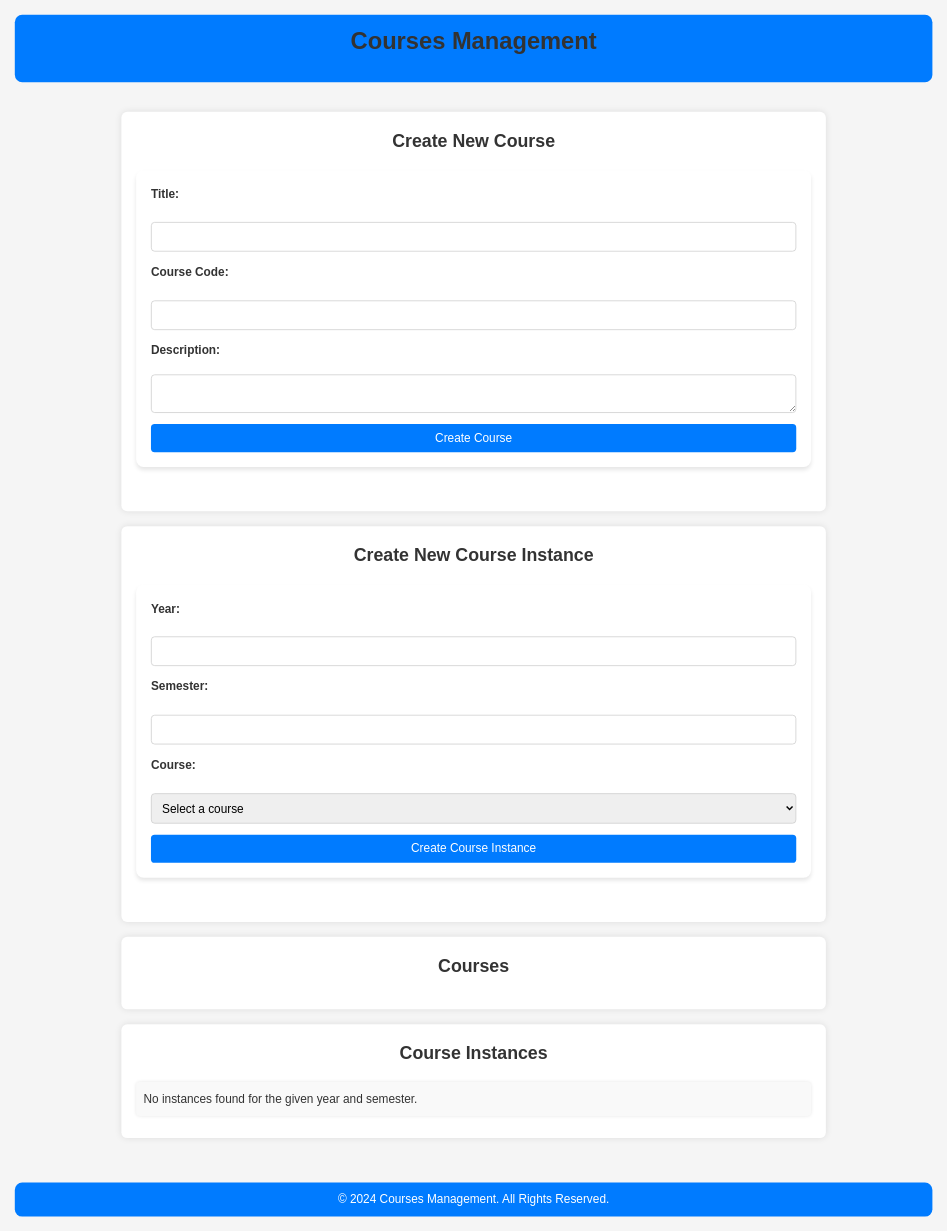
Repository: Rajdeep00-bit/Course_frontend
Page: /
These files come from the project's save history. The page is drawn as it stood at one moment and after the next save; the edit follows.
The browser window is 1280 px wide. The pictures show the whole page, at 74% of full size.
The page's requests for data from a server got no answer. The project was rebuilt for these pictures with package versions that can differ from the ones it lists, and the page was loaded fresh each time. No one was signed in, and anything a server would have sent is missing. Also part of the build but not shown: src/components/CourseInstanceDetails.js.

Above is the page before, as saved 2024-09-11 00:32:28.

### src/index.css
/* Reset some default styles */
* {
  margin: 0;
  padding: 0;
  box-sizing: border-box;
}

body {
  font-family: 'Arial', sans-serif;
  background-color: #f4f4f9;
  color: #333;
  line-height: 1.6;
  padding: 20px;
}

h1, h2, h3, h4, h5, h6 {
  margin-bottom: 20px;
  color: #333;
}

.container {
  max-width: 1200px;
  margin: 0 auto;
  padding: 20px;
}

/* General button styles */
button {
  background-color: #007bff;
  color: white;
  padding: 10px 15px;
  border: none;
  border-radius: 5px;
  cursor: pointer;
  font-size: 16px;
  transition: background-color 0.3s ease;
}

button:hover {
  background-color: #0056b3;
}

/* Form styles */
form {
  background-color: white;
  padding: 20px;
  margin-bottom: 40px;
  border-radius: 10px;
  box-shadow: 0 4px 6px rgba(0, 0, 0, 0.1);
}

form div {
  margin-bottom: 15px;
}

form label {
  display: block;
  margin-bottom: 5px;
  font-weight: bold;
}

form input[type="text"],
form input[type="number"],
form select {
  width: 100%;
  padding: 10px;
  margin-top: 5px;
  border: 1px solid #ccc;
  border-radius: 5px;
  font-size: 16px;
}

/* List styles */
ul {
  list-style: none;
  padding: 0;
}

li {
  background-color: white;
  padding: 15px;
  margin-bottom: 10px;
  border-radius: 10px;
  display: flex;
  justify-content: space-between;
  align-items: center;
  box-shadow: 0 4px 6px rgba(0, 0, 0, 0.1);
}

li button {
  background-color: #dc3545;
}

li button:hover {
  background-color: #c82333;
}

/* Header styles */
header {
  background-color: #007bff;
  color: white;
  padding: 20px;
  text-align: center;
  border-radius: 10px;
  margin-bottom: 40px;
}

/* Course and Course Instance Styles */
.course, .course-instance {
  display: flex;
  justify-content: space-between;
  align-items: center;
  padding: 15px;
  margin-bottom: 10px;
  background-color: white;
  border-radius: 10px;
  box-shadow: 0 4px 6px rgba(0, 0, 0, 0.1);
}

.course-info, .instance-info {
  display: flex;
  flex-direction: column;
}

.course-info h3, .instance-info h3 {
  margin-bottom: 5px;
}

/* Footer */
footer {
  text-align: center;
  padding: 20px;
  margin-top: 40px;
  background-color: #007bff;
  color: white;
  border-radius: 10px;
}

### src/App.js
import React, { useEffect, useState } from 'react';
import './App.css';
import CourseForm from './components/CourseForm';
import CourseInstanceForm from './components/CourseInstanceForm';
import CourseInstanceList from './components/CourseInstanceList';
import CourseList from './components/CourseList';
import CourseInstanceDetails from './components/CourseInstanceDetails';

function App() {
  const [courses, setCourses] = useState([]);
  const [instances, setInstances] = useState([]);
  const [year, setYear] = useState('');
  const [semester, setSemester] = useState('');
  const [selectedInstance, setSelectedInstance] = useState(null);
  const [fetchNewCourse, setFetchNewCourse] = useState(true);

  // Fetch all courses
  const fetchCourses = () => {
    fetch('http://127.0.0.1:8000/api/courses')
      .then(response => response.json())
      .then(data => setCourses(data))
      .catch((error) => {
        console.error('Error fetching courses:', error);
      });
  };

  // Fetch all course instances based on year and semester
  const fetchInstances = () => {
    if (!year || !semester) return;  // Prevent fetching if year or semester is not set
    fetch(`http://127.0.0.1:8000/api/instances/${year}/${semester}`)
      .then(response => response.json())
      .then(data => setInstances(data))  // Immediately update state with fetched instances
      .catch((error) => {
        console.error('Error fetching instances:', error);
      });
  };

  // Fetch course instance details for a specific instance
  const viewInstanceDetails = (id) => {
    fetch(`http://127.0.0.1:8000/api/instances/${year}/${semester}/${id}`)
      .then(response => response.json())
      .then(data => setSelectedInstance(data))  // Set selected instance to display its details
      .catch((error) => {
        console.error('Error fetching instance details:', error);
      });
  };

  // Delete a course instance and update the state in real-time
  const deleteInstance = (id) => {
    if (!window.confirm("Are you sure you want to delete this course instance?")) {
      return;
    }

    fetch(`http://127.0.0.1:8000/api/instances/${id}`, {
      method: 'DELETE'
    })
    .then(response => {
      if (response.ok) {
        // Update the instances state immediately after deletion
        const updatedInstances = instances.filter(instance => instance.id !== id);
        setInstances(updatedInstances);
        setSelectedInstance(null); // Clear selected instance after deletion
        alert("Instance deleted successfully.");
      } else {
        return response.json().then(err => Promise.reject(err));
      }
    })
    .catch((error) => {
      console.error('Error deleting instance:', error);
      alert("Failed to delete the instance. Please try again.");
    });
  };

  // Delete a course and update the state in real-time
  const deleteCourse = (id) => {
    if (!window.confirm("Are you sure you want to delete this course?")) {
      return;
    }

    fetch(`http://127.0.0.1:8000/api/courses/${id}`, {
      method: 'DELETE'
    })
    .then(response => {
      if (response.ok) {
        // Update the courses state immediately after deletion
        const updatedCourses = courses.filter(course => course.id !== id);
        setCourses(updatedCourses);
        alert("Course deleted successfully.");
      } else {
        return response.json().then(err => Promise.reject(err));
      }
    })
    .catch((error) => {
      console.error('Error deleting course:', error);
      alert("Failed to delete the course. Please try again.");
    });
  };

  // Fetch courses on component mount
  useEffect(() => {
    fetchCourses();
  }, []);

  // Re-fetch instances whenever year/semester changes
  useEffect(() => {
    fetchInstances();
  }, [year, semester]);

  return (
    <div className="App">
      <header className="header">
        <h1>Courses Management</h1>
      </header>

      <div className="container">
        {/* Section for Creating a New Course */}
        <section className="section">
          <h2>Create New Course</h2>
          <CourseForm onCourseCreated={fetchCourses} setFetchNewCourse={setFetchNewCourse} />
        </section>

        {/* Section for Creating a New Course Instance */}
        <section className="section">
          <h2>Create New Course Instance</h2>
          <CourseInstanceForm
            onInstanceCreated={fetchInstances}
            year={year}
            semester={semester}
            setYear={setYear}
            setSemester={setSemester}
            fetchNewCourse={fetchNewCourse}
            setFetchNewCourse={setFetchNewCourse}
          />
        </section>

        {/* Section for Displaying the List of Courses */}
        <section className="section">
          <h2>Courses</h2>
          <CourseList
            courses={courses}
            fetchCourses={fetchCourses}
            deleteCourse={deleteCourse}  // Pass delete function to CourseList
          />
        </section>

        {/* Section for Displaying the List of Course Instances */}
        <section className="section">
          <h2>Course Instances</h2>
          <CourseInstanceList
            instances={instances}
            fetchInstances={fetchInstances}
            year={year}
            semester={semester}
            viewInstanceDetails={viewInstanceDetails}  // Pass function to view instance details
            deleteInstance={deleteInstance}  // Pass delete function to CourseInstanceList
          />
        </section>

        {/* Section for Displaying Selected Course Instance Details */}
        {selectedInstance && (
          <section className="section">
            <h2>Course Instance Details</h2>
            <CourseInstanceDetails
              instance={selectedInstance}
              fetchInstances={fetchInstances}  // Pass fetchInstances to refresh list after deletion
            />
            <button onClick={() => deleteInstance(selectedInstance.id)}>Delete Instance</button> {/* Delete Button */}
          </section>
        )}
      </div>

      <footer className="footer">
        <p>&copy; 2024 Courses Management. All Rights Reserved.</p>
      </footer>
    </div>
  );
}

export default App;

### src/App.css
body {
  margin: 0;
  font-family: Arial, sans-serif;
  background-color: #f5f5f5;
}

.App {
  text-align: center;
}

.header {
  background-color: #007bff;
  color: white;
  padding: 10px 0;
  margin-bottom: 20px;
}

.container {
  width: 80%;
  margin: 0 auto;
}

.section {
  background-color: white;
  padding: 20px;
  margin-bottom: 20px;
  box-shadow: 0px 0px 10px rgba(0, 0, 0, 0.1);
  border-radius: 8px;
}

.form {
  display: flex;
  flex-direction: column;
  gap: 15px;
}

.form label {
  font-weight: bold;
  text-align: left;
}

.form input, .form textarea, .form select {
  padding: 10px;
  border-radius: 5px;
  border: 1px solid #ccc;
}

.form button {
  padding: 10px;
  background-color: #007bff;
  color: white;
  border: none;
  border-radius: 5px;
  cursor: pointer;
}

.form button:hover {
  background-color: #0056b3;
}

ul {
  list-style-type: none;
  padding: 0;
}

ul li {
  background-color: #f9f9f9;
  margin: 10px 0;
  padding: 10px;
  border-radius: 5px;
  box-shadow: 0px 0px 5px rgba(0, 0, 0, 0.1);
}

ul li button {
  margin-left: 10px;
}

.course-details, .instance-details {
  margin-top: 20px;
  text-align: left;
}

.footer {
  background-color: #007bff;
  color: white;
  padding: 10px 0;
  margin-top: 20px;
}

### src/components/CourseForm.js
import React, { useState } from 'react';

function CourseForm({ onCourseCreated, setFetchNewCourse }) {
  const [title, setTitle] = useState('');
  const [courseCode, setCourseCode] = useState('');
  const [description, setDescription] = useState('');

  const handleSubmit = (event) => {
    event.preventDefault();

    const course = {
      title: title,
      course_code: courseCode,
      description: description
    };

    fetch('http://127.0.0.1:8000/api/courses', {
      method: 'POST',
      headers: {
        'Content-Type': 'application/json'
      },
      body: JSON.stringify(course)
    })
      .then(response => response.json())
      .then(data => {
        setTitle('');
        setCourseCode('');
        setDescription('');
        setFetchNewCourse(true);
        onCourseCreated();
      })
      .catch((error) => {
        console.error('Error creating course:', error);
      });
  };

  return (
    <form className="form" onSubmit={handleSubmit}>
      <label>Title:</label>
      <input
        type="text"
        value={title}
        onChange={(e) => setTitle(e.target.value)}
        required
      />

      <label>Course Code:</label>
      <input
        type="text"
        value={courseCode}
        onChange={(e) => setCourseCode(e.target.value)}
        required
      />

      <label>Description:</label>
      <textarea
        value={description}
        onChange={(e) => setDescription(e.target.value)}
        required
      />

      <button type="submit">Create Course</button>
    </form>
  );
}

export default CourseForm;

### src/components/CourseInstanceForm.js
import React, { useEffect, useState } from 'react';

function CourseInstanceForm({ onInstanceCreated, year, semester, setYear, setSemester, fetchNewCourse, setFetchNewCourse, fetchInstances }) {
  const [courseId, setCourseId] = useState('');
  const [courses, setCourses] = useState([]);

  // Fetch the courses when a new course is created
  useEffect(() => {
    if (fetchNewCourse) {
      setFetchNewCourse(false);
      fetchCourses();
    }
  }, [fetchNewCourse, setFetchNewCourse]);

  // Function to fetch the list of courses
  const fetchCourses = () => {
    fetch('http://127.0.0.1:8000/api/courses')
      .then(response => response.json())
      .then(data => setCourses(data))
      .catch((error) => {
        console.error('Error fetching courses:', error);
      });
  };

  // Handle form submission
  const handleSubmit = (event) => {
    event.preventDefault();

    const courseInstance = {
      course: courseId,
      year: year,
      semester: semester
    };

    // Post new course instance to the API
    fetch('http://127.0.0.1:8000/api/instances', {
      method: 'POST',
      headers: {
        'Content-Type': 'application/json'
      },
      body: JSON.stringify(courseInstance)
    })
      .then(response => response.json())
      .then(data => {
        // Reset the form fields after successful submission
        setCourseId('');
        setYear('');         // Reset year field
        setSemester('');     // Reset semester field

        onInstanceCreated();  // Callback to refresh other components if needed
        fetchInstances();     // Refresh the course instance list
      })
      .catch((error) => {
        console.error('Error creating course instance:', error);
      });
  };

  return (
    <form className="form" onSubmit={handleSubmit}>
      <label>Year:</label>
      <input
        type="text"
        value={year}
        onChange={(e) => setYear(e.target.value)}
        required
      />

      <label>Semester:</label>
      <input
        type="text"
        value={semester}
        onChange={(e) => setSemester(e.target.value)}
        required
      />

      <label>Course:</label>
      <select value={courseId} onChange={(e) => setCourseId(e.target.value)} required>
        <option value="">Select a course</option>
        {courses.map(course => (
          <option key={course.id} value={course.id}>{course.title}</option>
        ))}
      </select>

      <button type="submit">Create Course Instance</button>
    </form>
  );
}

export default CourseInstanceForm;

### src/components/CourseInstanceList.js
import React from 'react';

function CourseInstanceList({ instances, setInstances, year, semester }) {

  // Fetch instance details (for display or debugging)
  const viewInstanceDetails = (id) => {
    fetch(`http://127.0.0.1:8000/api/instances/${year}/${semester}/${id}`)
      .then(response => response.json())
      .then(data => {
        console.log('Instance details:', data);  // Log or display instance details
      })
      .catch((error) => {
        console.error('Error fetching instance details:', error);
      });
  };

  const deleteInstance = (id) => {
    const currentYear = year || 2023;  // Set a default year
    const currentSemester = semester || 1;  // Set a default semester

    console.log(`Attempting to delete instance with ID: ${id}`);

    fetch(`http://127.0.0.1:8000/api/instances/${currentYear}/${currentSemester}/${id}`, {
      method: 'DELETE',
      headers: {
        'Content-Type': 'application/json',
      },
    })
    .then(response => {
      if (response.ok) {
        const updatedInstances = instances.filter(instance => instance.id !== id);
        setInstances(updatedInstances);  // Update state with the new instance list
        console.log('Instance deleted successfully');
      } else {
        // Log the status and message for better debugging
        return response.json().then(errorData => {
          console.error('Failed to delete instance:', response.status, errorData);
        });
      }
    })
    .catch((error) => {
      console.error('Error deleting instance:', error);
    });
  };






  return (
    <div>
      <ul>
        {instances.length === 0 ? (
          <li>No instances found for the given year and semester.</li>
        ) : (
          instances.map(instance => (
            <li key={instance.id}>
              {instance.course.title} - {instance.year}/{instance.semester}
              <button onClick={() => viewInstanceDetails(instance.id)}>View Details</button>
              <button onClick={() => deleteInstance(instance.id)}>Delete</button> {/* Delete without confirmation */}
            </li>
          ))
        )}
      </ul>
    </div>
  );
}

export default CourseInstanceList;

### src/components/CourseList.js
import React from 'react';

function CourseList({ courses, fetchCourses }) {

  const viewCourseDetails = (id) => {
    fetch(`http://127.0.0.1:8000/api/courses/${id}`)
      .then(response => response.json())
      .then(data => {
        console.log('Course details:', data);
      })
      .catch((error) => {
        console.error('Error fetching course details:', error);
      });
  };

  const deleteCourse = (id) => {
    fetch(`http://127.0.0.1:8000/api/courses/${id}`, {
      method: 'DELETE'
    })
      .then(() => fetchCourses())  // Refresh the course list after deletion
      .catch((error) => {
        console.error('Error deleting course:', error);
      });
  };

  return (
    <ul>
      {courses.map(course => (
        <li key={course.id}>
          {course.title} ({course.course_code})
          <button onClick={() => viewCourseDetails(course.id)}>View Details</button>
          <button onClick={() => deleteCourse(course.id)}>Delete</button>
        </li>
      ))}
    </ul>
  );
}

export default CourseList;

Loaded but not shown: src/index.js (common file)

After the next save:
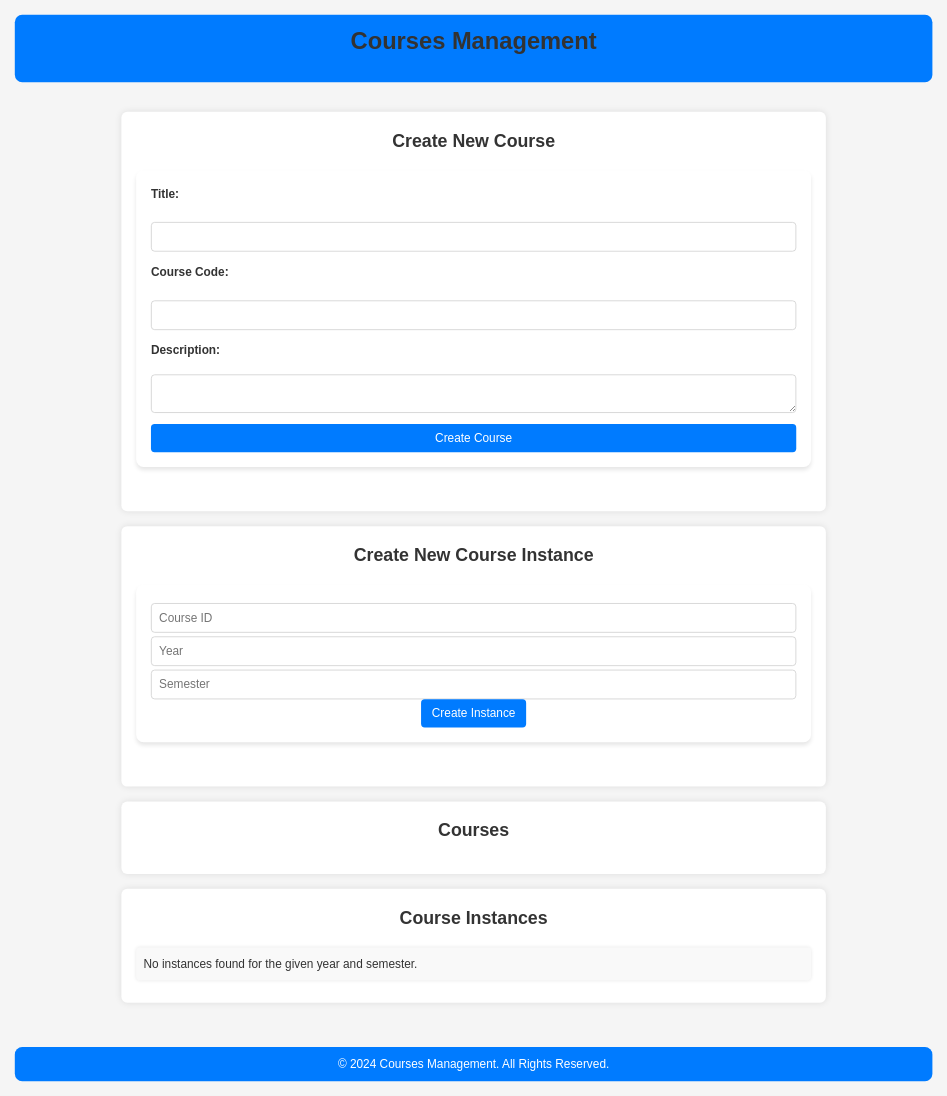
Saved 31 min 18 s later.
--- a/src/components/CourseInstanceForm.js
+++ b/src/components/CourseInstanceForm.js
@@ -1,87 +1,64 @@
-import React, { useEffect, useState } from 'react';
+import React, { useState } from 'react';
 
-function CourseInstanceForm({ onInstanceCreated, year, semester, setYear, setSemester, fetchNewCourse, setFetchNewCourse, fetchInstances }) {
+function CourseInstanceForm({ year, semester, setYear, setSemester, fetchInstances }) {
   const [courseId, setCourseId] = useState('');
-  const [courses, setCourses] = useState([]);
 
-  // Fetch the courses when a new course is created
-  useEffect(() => {
-    if (fetchNewCourse) {
-      setFetchNewCourse(false);
-      fetchCourses();
-    }
-  }, [fetchNewCourse, setFetchNewCourse]);
-
-  // Function to fetch the list of courses
-  const fetchCourses = () => {
-    fetch('http://127.0.0.1:8000/api/courses')
-      .then(response => response.json())
-      .then(data => setCourses(data))
-      .catch((error) => {
-        console.error('Error fetching courses:', error);
-      });
-  };
-
-  // Handle form submission
+  // Function to handle form submission
   const handleSubmit = (event) => {
     event.preventDefault();
 
-    const courseInstance = {
-      course: courseId,
-      year: year,
-      semester: semester
-    };
+    // Ensure the year, semester, and course ID are provided
+    if (!courseId || !year || !semester) {
+      console.error('All fields must be filled');
+      return;
+    }
 
-    // Post new course instance to the API
-    fetch('http://127.0.0.1:8000/api/instances', {
+    // Create a new course instance
+    fetch('http://127.0.0.1:8000/api/instances/', {
       method: 'POST',
       headers: {
-        'Content-Type': 'application/json'
+        'Content-Type': 'application/json',
       },
-      body: JSON.stringify(courseInstance)
+      body: JSON.stringify({
+        course: courseId,
+        year: year,
+        semester: semester,
+      }),
     })
-      .then(response => response.json())
-      .then(data => {
-        // Reset the form fields after successful submission
-        setCourseId('');
-        setYear('');         // Reset year field
-        setSemester('');     // Reset semester field
-
-        onInstanceCreated();  // Callback to refresh other components if needed
-        fetchInstances();     // Refresh the course instance list
-      })
-      .catch((error) => {
-        console.error('Error creating course instance:', error);
-      });
+    .then(response => {
+      if (response.ok) {
+        console.log('Course instance created successfully');
+        fetchInstances();  // Call fetchInstances to refresh the list
+      } else {
+        console.error('Failed to create course instance:', response.statusText);
+      }
+    })
+    .catch((error) => {
+      console.error('Error creating course instance:', error);
+    });
   };
 
   return (
-    <form className="form" onSubmit={handleSubmit}>
-      <label>Year:</label>
+    <form onSubmit={handleSubmit}>
       <input
         type="text"
+        placeholder="Course ID"
+        value={courseId}
+        onChange={(e) => setCourseId(e.target.value)}
+      />
+      <input
+        type="number"
+        placeholder="Year"
         value={year}
         onChange={(e) => setYear(e.target.value)}
-        required
       />
-
-      <label>Semester:</label>
       <input
-        type="text"
+        type="number"
+        placeholder="Semester"
         value={semester}
         onChange={(e) => setSemester(e.target.value)}
-        required
       />
-
-      <label>Course:</label>
-      <select value={courseId} onChange={(e) => setCourseId(e.target.value)} required>
-        <option value="">Select a course</option>
-        {courses.map(course => (
-          <option key={course.id} value={course.id}>{course.title}</option>
-        ))}
-      </select>
-
-      <button type="submit">Create Course Instance</button>
+      <button type="submit">Create Instance</button>
     </form>
   );
 }
